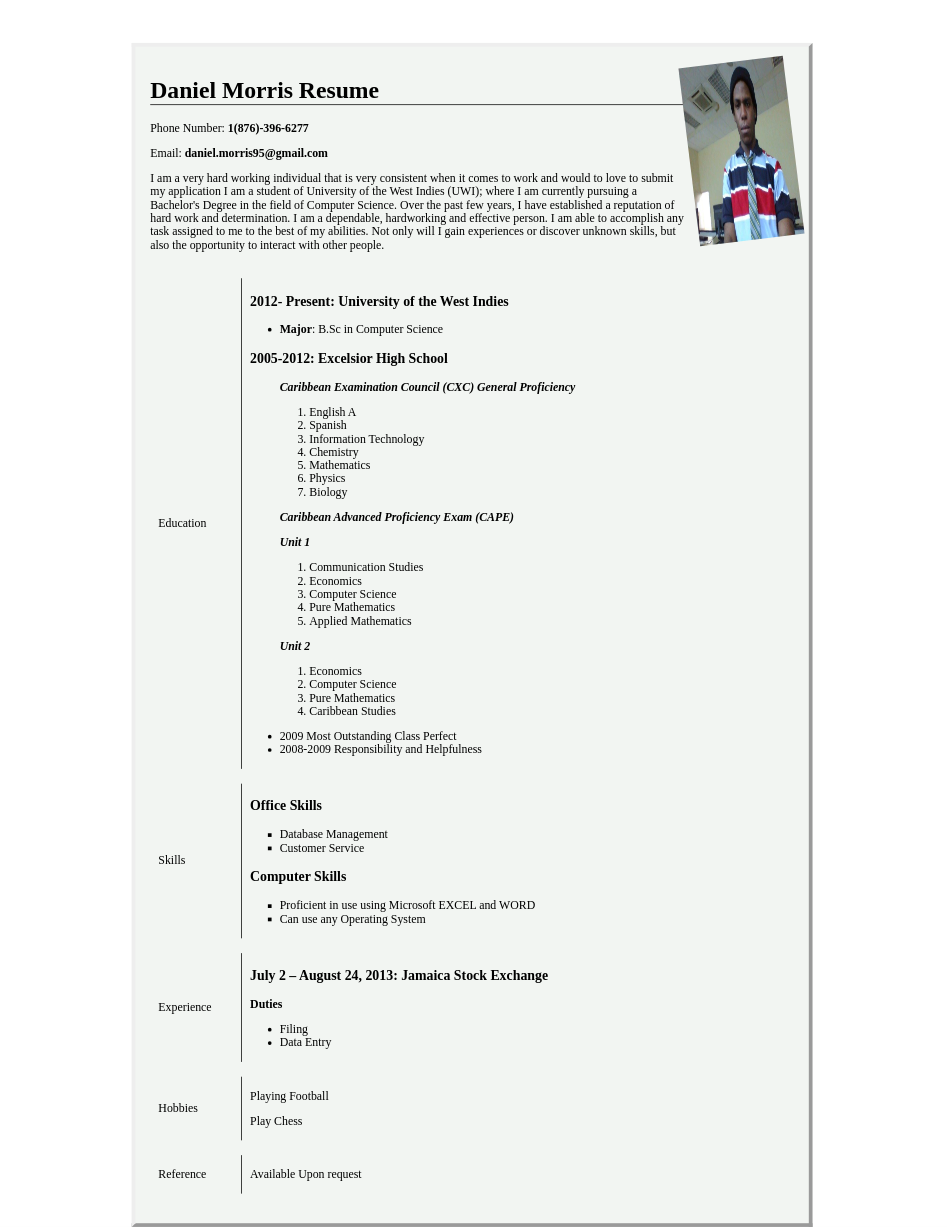
Repository: Alvezsoftware/daniel
Page: workspace/webresume.html
The author's editor kept a record of every edit. The page is drawn from the files as they stood at one moment, then again after the next edit.
The browser window is 1280 px wide. The pictures show the whole page, at 74% of full size.

Above is the page before.

After the next edit:
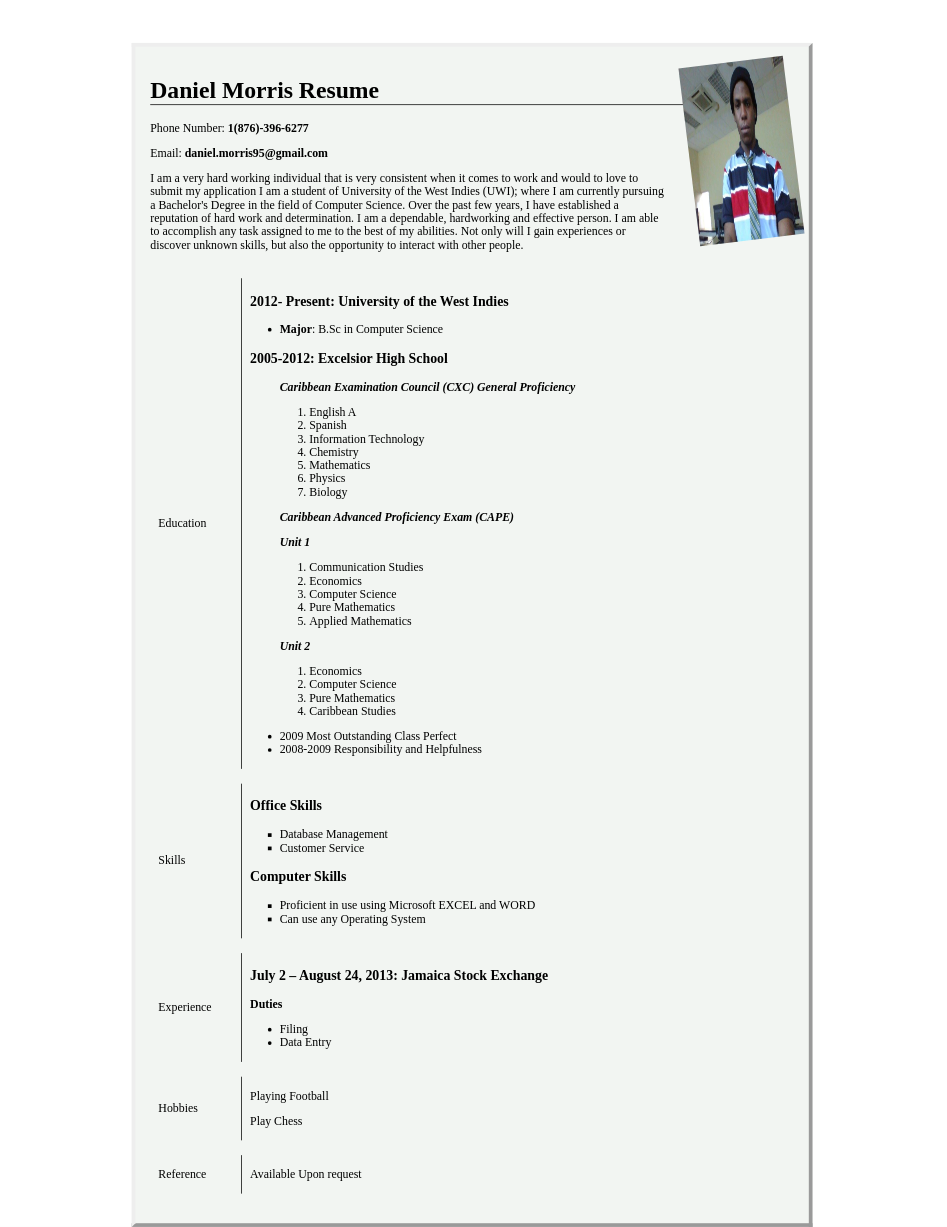
The edit:
--- a/workspace/stylesheet.css
+++ b/workspace/stylesheet.css
@@ -53,4 +53,5 @@
 #test {
     width: 61em;
     word-wrap: break-word;
+    max-width: 80%;
 }
